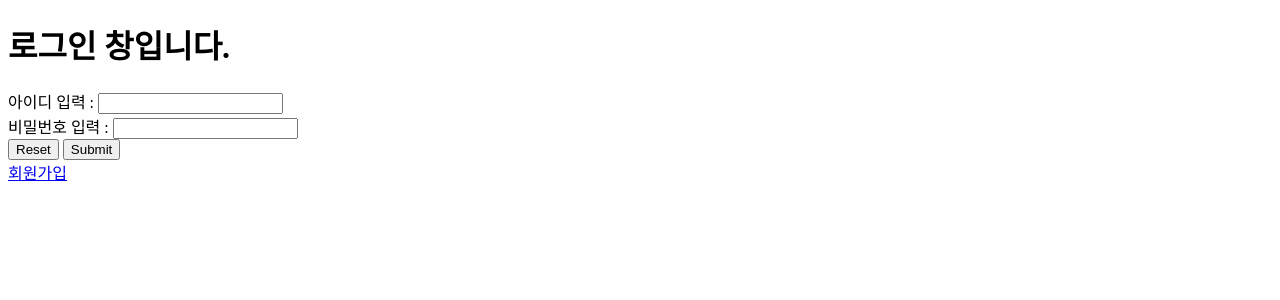
Repository: jungreul97/jsp_pracitce
Page: http://localhost/JSPBasic/JspObject/1.requests/req_login_form.jsp
An editor plug-in stored every save of this project. The page is shown before and after the next save, followed by the edit.
The browser window is 1280 px wide. The pictures show the whole page.
The page is served by Tomcat 9.

Above is the page before, as saved 2022-02-04 01:34:43.

### JSPBasic/src/main/webapp/JspObject/1.requests/req_login_form.jsp
<%@ page language="java" contentType="text/html; charset=UTF-8"
    pageEncoding="UTF-8"%>
<!DOCTYPE html>
<html>
<head>
<meta charset="UTF-8">
<title>Insert title here</title>
</head>
<body>
	<h1>로그인 창입니다.</h1>
	<form action = "req_login_result.jsp">
		아이디 입력 :
		<input type = "text" name = "id"><br/>
		비밀번호 입력 :
		<input type = "password" name = "pw"><br/>
		<input type = "reset">
		<input type = "submit"><br/>
		<a href = "#">회원가입</a>
	</form>
</body>
</html>

After the next save:
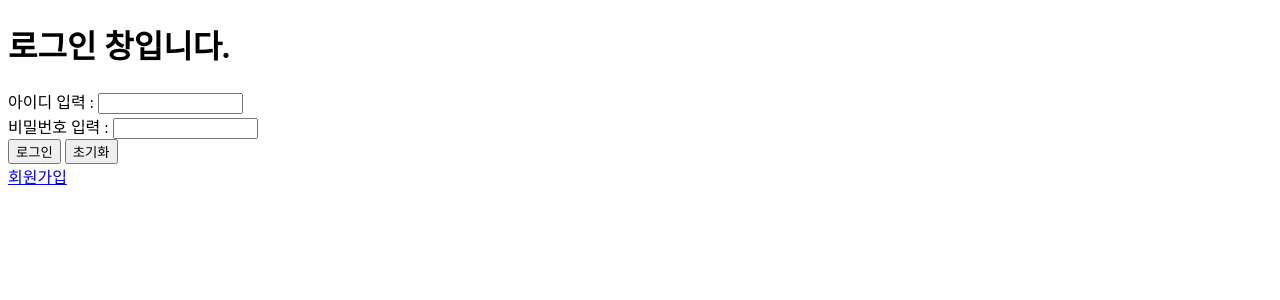
Saved 10 min 31 s later.
--- a/JSPBasic/src/main/webapp/JspObject/1.requests/req_login_form.jsp
+++ b/JSPBasic/src/main/webapp/JspObject/1.requests/req_login_form.jsp
@@ -7,14 +7,15 @@
 <title>Insert title here</title>
 </head>
 <body>
+<%-- get이면 정보 보호 안되고 post는 정보 보호됨 로그인할때 많이 사용한다. --%>
 	<h1>로그인 창입니다.</h1>
-	<form action = "req_login_result.jsp">
+	<form action = "req_login_result.jsp" method = "post">
 		아이디 입력 :
-		<input type = "text" name = "id"><br/>
+		<input type = "text" name = "id" size = "15px"><br/>
 		비밀번호 입력 :
-		<input type = "password" name = "pw"><br/>
-		<input type = "reset">
-		<input type = "submit"><br/>
+		<input type = "password" name = "pw" size = "15px"><br/>
+		<input type = "reset" value = "로그인">
+		<input type = "submit" value = "초기화"><br/>
 		<a href = "#">회원가입</a>
 	</form>
 </body>
